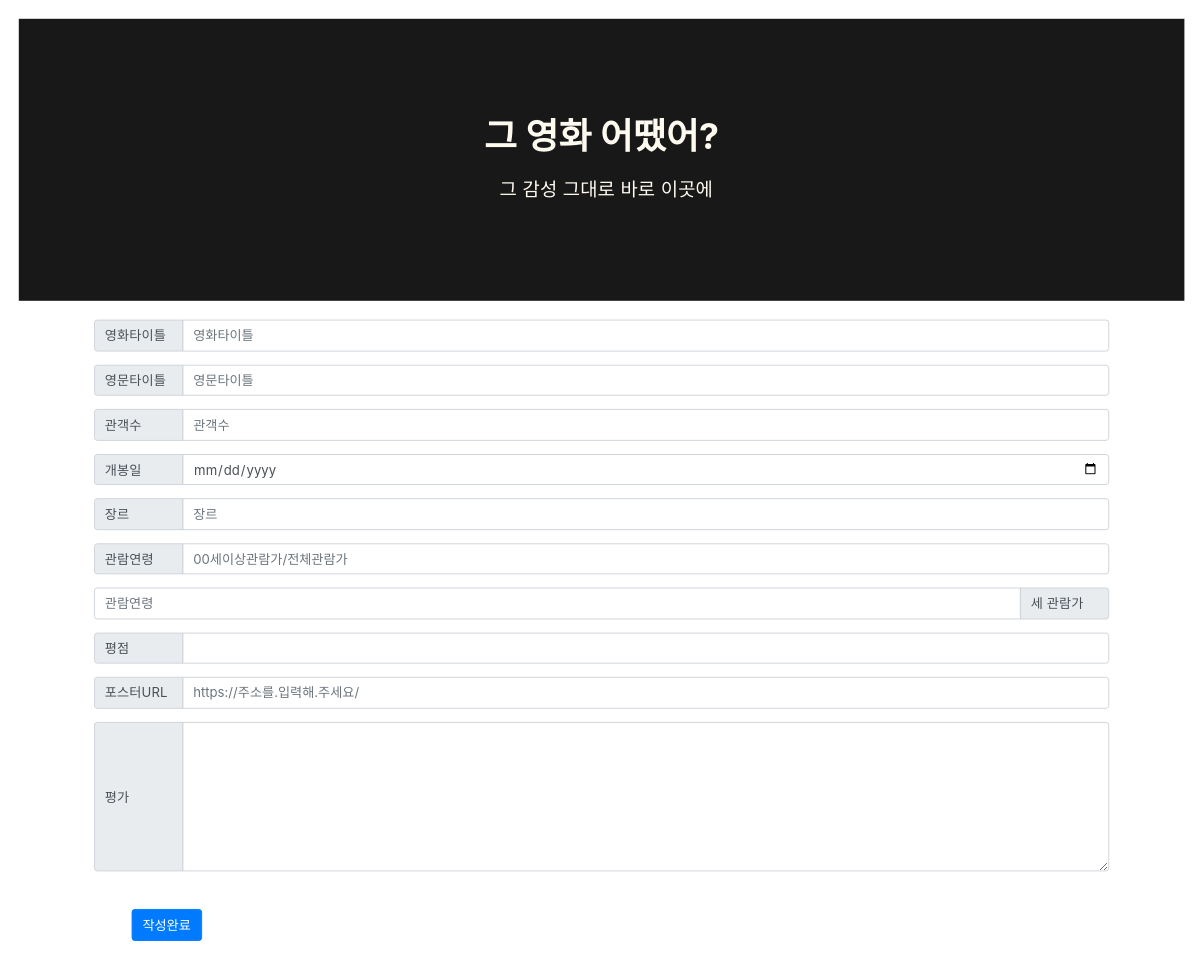
Repository: JungSWon/Project
Page: templates/new.html
The author's editor kept a record of every edit. The page is drawn from the files as they stood at one moment, then again after the next edit.
The browser window is 1280 px wide. The pictures show the whole page, at 94% of full size.
Some web libraries are served in a nearby version. The template is drawn by Flask 3. The application's start-up code is not run. The template is opened directly, without the code that normally fills it, so the values that code supplies are empty.

Above is the page before.

After the next edit:
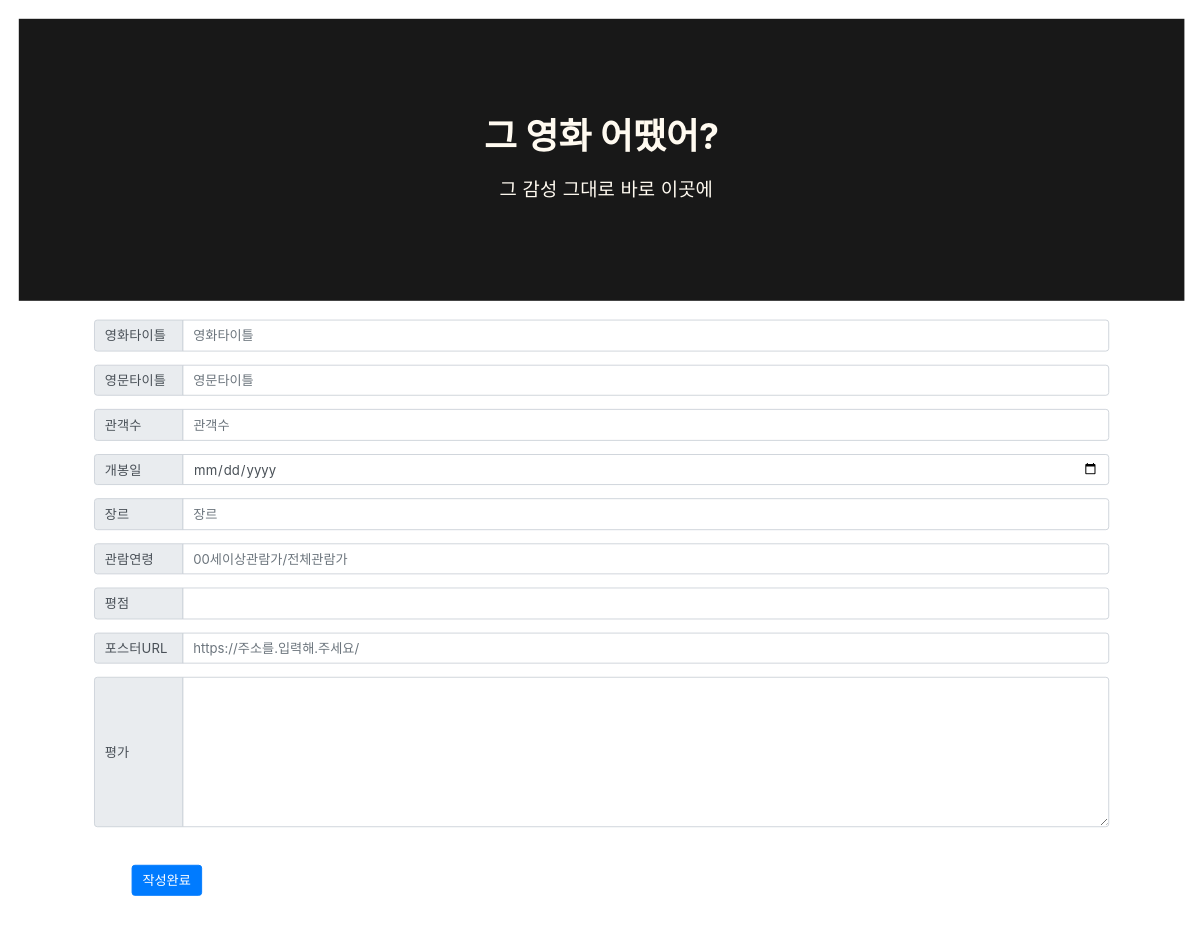
The edit:
--- a/04_CRUD/templates/new.html
+++ b/04_CRUD/templates/new.html
@@ -93,14 +93,6 @@
                     </div>
                     <input type="text" class="form-control" placeholder="00세이상관람가/전체관람가" name='watch_grade' aria-label="Recipient's username" aria-describedby="basic-addon2">
                 </div>
-
-                <div class="input-group mb-3">
-
-                    <input type="text" class="form-control" placeholder="관람연령" name='watch_grade' aria-label="Recipient's username" aria-describedby="basic-addon2">
-                    <div class="input-group-append">
-                        <span class="input-group-text" id="basic-addon2">세 관람가</span>
-                    </div>
-                </div>
                 <!--별점-->
                 <div class="input-group mb-3">
                     <div class="input-group-prepend">
